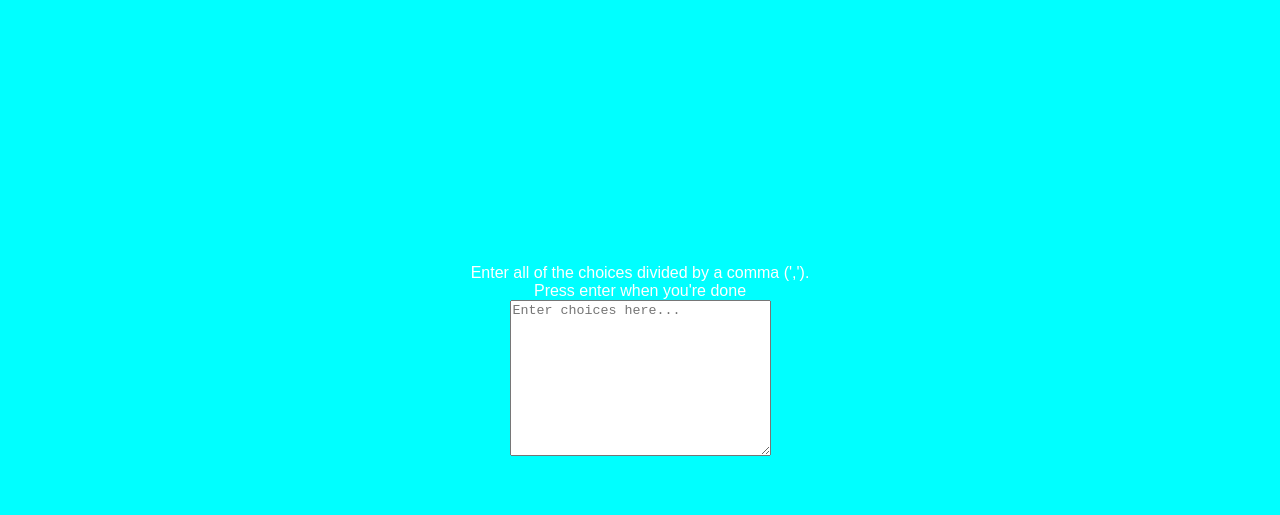
Repository: MMXiaohang/50projects50days-copy
Page: 13-random-choice-picker/1-index.html
An editor plug-in stored every save of this project. The page is shown before and after the next save, followed by the edit.
The browser window is 1280 px wide. The pictures show the whole page.

Above is the page before, as saved 2022-07-24 09:02:47.

### 13-random-choice-picker/1-index.html
<!DOCTYPE html>
<html lang="en">
<head>
    <meta charset="UTF-8">
    <meta http-equiv="X-UA-Compatible" content="IE=edge">
    <meta name="viewport" content="width=device-width, initial-scale=1.0">
    <link rel="stylesheet" href="./1-style.css">
    <title>Document</title>
</head>
<body>
    <div class="container">
        <p>Enter all of the choices divided by a comma (','). </p>
        <p>Press enter when you're done</p>
        <textarea name="text" id="ta-text" cols="30" rows="10" placeholder="Enter choices here..."></textarea>
        <script src="./1-script.js"></script>
    </div>
</body>
</html>

### 13-random-choice-picker/1-style.css
*{
    box-sizing: border-box;
    margin: 0;
}

body {
    font-family: 'Muli', sans-serif;
    background-color: aqua;
    height: 100vh;
    display: flex;
    justify-content: center;
    align-items: center;
    overflow: hidden;
}

.container {
    width: 30%;
    display: flex;
    flex-direction: column;
    justify-content: center;
    align-items: center;
    background-color: aqua;
}

.container p{
    color: #fff;
    margin: 0px;
}

Loaded but not shown: 13-random-choice-picker/1-script.js (no stored copy; drawn as an empty file)

After the next save:
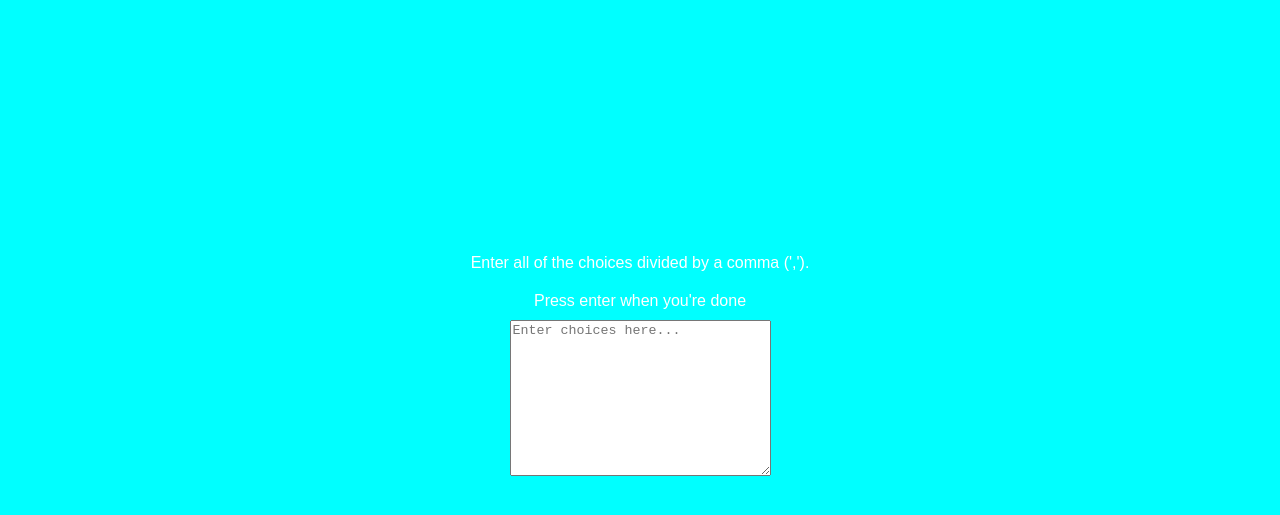
Saved 8 s later.
--- a/13-random-choice-picker/1-style.css
+++ b/13-random-choice-picker/1-style.css
@@ -24,5 +24,5 @@ body {
 
 .container p{
     color: #fff;
-    margin: 0px;
+    margin: 10px;
 }
